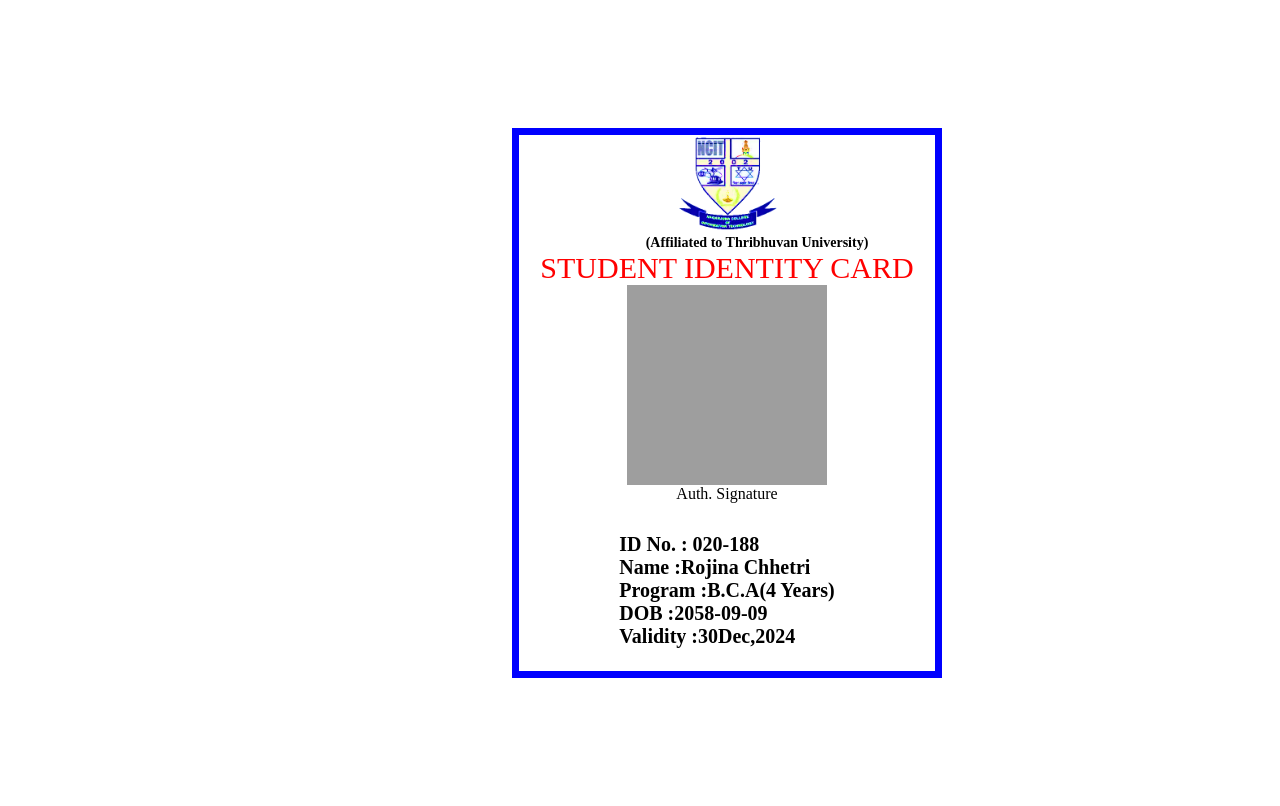
Repository: Rojinachhetri/roji
Page: rojina.html
An editor plug-in stored every save of this project. The page is shown before and after the next save, followed by the edit.
The browser window is 1280 px wide. The pictures show the whole page.
Pictures or frames that could not be fetched are drawn as grey boxes.

Above is the page before, as saved 2023-04-24 21:53:23.

### rojina.html
<!DOCTYPE html>
<html lang="en">

<head>
    <meta charset="UTF-8">
    <meta http-equiv="X-UA-Compatible" content="IE=edge">
    <meta name="viewport" content="width=device-width, initial-scale=1.0">
    <title>Nagrajuna college</title>
    <link rel="stylesheet" href="rojina.css">
</head>

<body>
    <div class="container">
        <div class="logo">
            <img src="logo1.png" alt="logo" height="100px" width="=200px">

        </div>
        <div class="header">(Affiliated to Thribhuvan University)
        </div>
        <div class="student">STUDENT IDENTITY CARD</div>
        <div class="hero">
            <img src="./rojinaa.jpg" alt="picture" height="200px" width="200px">
            <div>Auth. Signature</div>
        </div>
        <div class="id">
            <div>ID No. : 020-188</div>
            <div>Name :Rojina Chhetri</div>
            <div>Program :B.C.A(4 Years)</div>
            <div>DOB :2058-09-09</div>
            <div>Validity :30Dec,2024</div>
        </div>

    </div>


</body>

</html>

### rojina.css
    * {
        box-sizing: border-box;
        padding: 0px;
        margin: 0px;
    }

    .container {
        width: 430px;
        height: 550px;
        background-color: white;
        border: 7px solid blue;
        display: flex;
        flex-direction: column;
        align-items: center;
        margin: 10% 40% 10% 40%;
    }

    .logo {
        height: 100px;
        width: 100px;
    }

    .header {
        font-size: 14px;
        font-weight: bold;
        margin-left: 60px;
    }

    .hero {
        display: flex;
        flex-direction: column;
        align-items: center;
    }

    .student {
        font-size: 30px;
        font-weight: 500;
        font-family: 'Times New Roman', Times, serif;
        color: red;
    }

    .id {
        font-size: 20px;
        margin-top: 30px;
        font-weight: bold;
    }

After the next save:
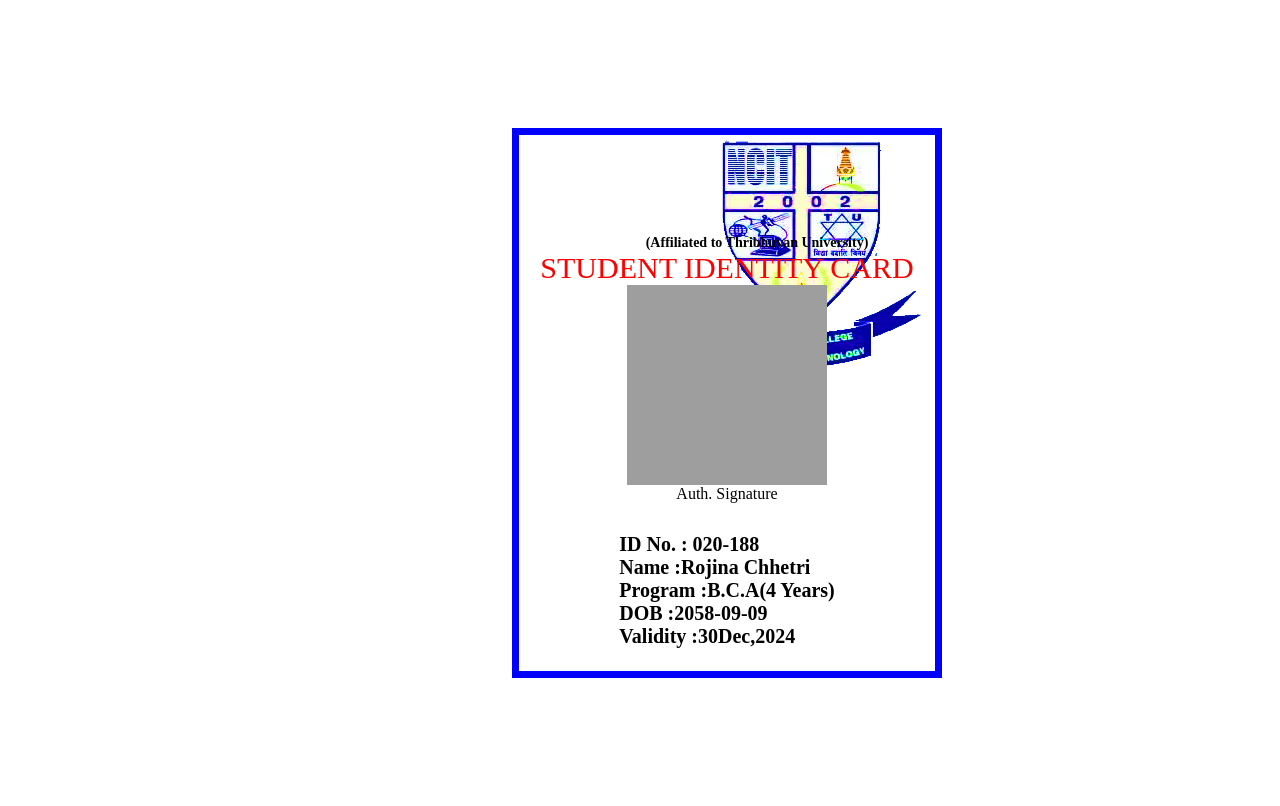
Saved 7 s later.
--- a/rojina.html
+++ b/rojina.html
@@ -12,7 +12,7 @@
 <body>
     <div class="container">
         <div class="logo">
-            <img src="logo1.png" alt="logo" height="100px" width="=200px">
+            <img src="logo1.png" alt="logo">
 
         </div>
         <div class="header">(Affiliated to Thribhuvan University)
